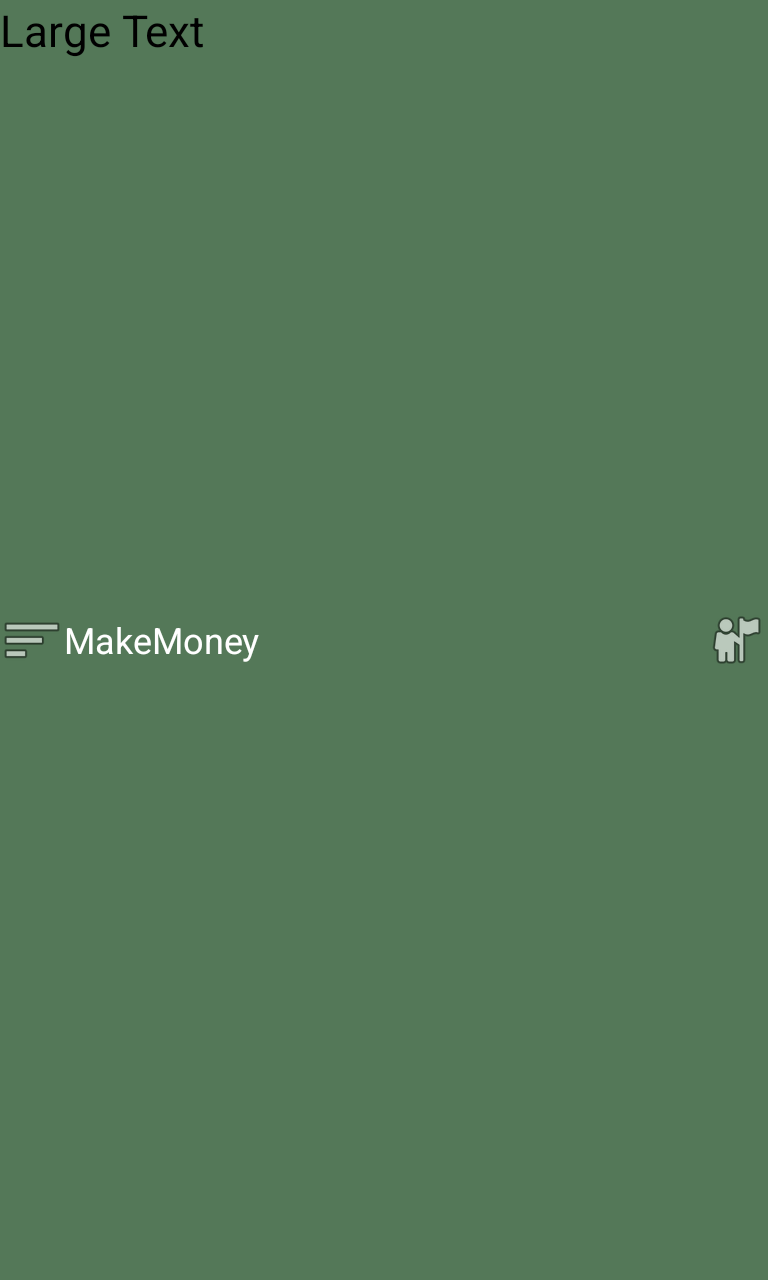
Repository: jeissie/MakeMoney
Layout: MakeMoney/res/layout/activity_main.xml
The author's editor kept a copy of each file at every save. The layout is drawn from the files as they stood at one save, then again after a run of saves.
It is drawn on a 768 x 1280 px phone screen (xhdpi) without system bars, with theme android:Theme.Light.NoTitleBar.Fullscreen; the app's code is not run.

Above is the layout before, as saved 2014-01-04 12:41:29.

### MakeMoney/res/layout/activity_main.xml
<?xml version="1.0" encoding="utf-8"?>
<RelativeLayout xmlns:android="http://schemas.android.com/apk/res/android"
    android:layout_width="match_parent"
    android:layout_height="match_parent"
    android:background="#547858" >

    <LinearLayout
        android:layout_width="match_parent"
        android:layout_height="wrap_content">

    </LinearLayout>
    <ImageButton
        android:id="@+id/frame_menu"
        android:layout_width="wrap_content"
        android:layout_height="wrap_content"
        android:layout_alignParentLeft="true"
        android:layout_centerVertical="true"
        android:background="#00000000"
        android:src="@android:drawable/ic_menu_sort_by_size" />

    <ImageButton
        android:id="@+id/user_info"
        android:layout_width="wrap_content"
        android:layout_height="wrap_content"
        android:layout_alignParentRight="true"
        android:layout_centerVertical="true"
        android:background="#00000000"
        android:src="@android:drawable/ic_menu_myplaces" />

    <TextView
        android:id="@+id/title"
        android:layout_width="wrap_content"
        android:layout_height="wrap_content"
        android:layout_centerVertical="true"
        android:layout_toRightOf="@+id/frame_menu"
        android:text="MakeMoney"
        android:textColor="#ffffff"
        android:textSize="18sp" />

    <FrameLayout
        android:id="@+id/content"
        android:layout_width="match_parent"
        android:layout_height="match_parent" >

        <TextView
            android:id="@+id/textView2"
            android:layout_width="wrap_content"
            android:layout_height="wrap_content"
            android:text="Large Text"
            android:textAppearance="?android:attr/textAppearanceLarge" />
    </FrameLayout>

</RelativeLayout>

After the next 2 saves:
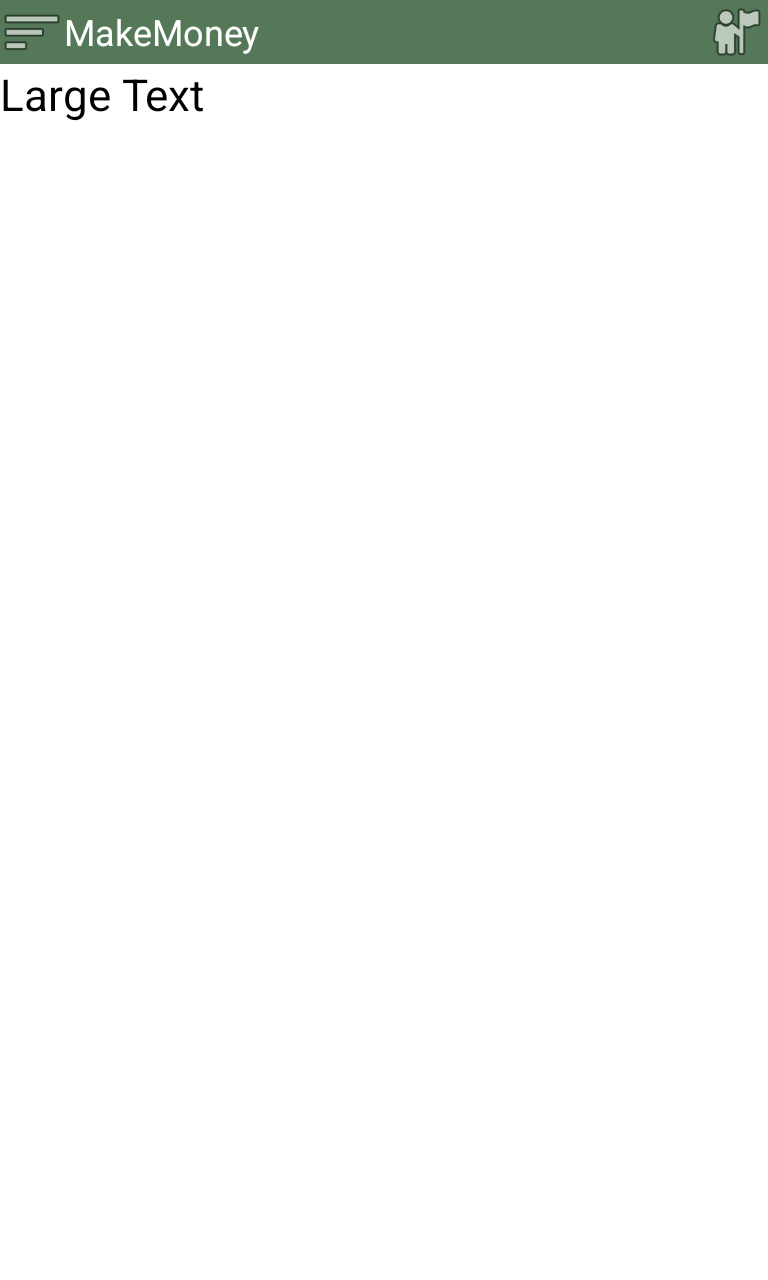
The 2 saves are shown as one change because they came seconds apart.
The last was saved 17 s later.
--- a/MakeMoney/res/layout/activity_main.xml
+++ b/MakeMoney/res/layout/activity_main.xml
@@ -1,41 +1,43 @@
 <?xml version="1.0" encoding="utf-8"?>
-<RelativeLayout xmlns:android="http://schemas.android.com/apk/res/android"
+<LinearLayout xmlns:android="http://schemas.android.com/apk/res/android"
     android:layout_width="match_parent"
     android:layout_height="match_parent"
-    android:background="#547858" >
+    android:orientation="vertical">
 
-    <LinearLayout
+    <RelativeLayout
         android:layout_width="match_parent"
-        android:layout_height="wrap_content">
+        android:layout_height="wrap_content"
+        android:background="#547858" >
 
-    </LinearLayout>
-    <ImageButton
-        android:id="@+id/frame_menu"
-        android:layout_width="wrap_content"
-        android:layout_height="wrap_content"
-        android:layout_alignParentLeft="true"
-        android:layout_centerVertical="true"
-        android:background="#00000000"
-        android:src="@android:drawable/ic_menu_sort_by_size" />
+        <ImageButton
+            android:id="@+id/frame_menu"
+            android:layout_width="wrap_content"
+            android:layout_height="wrap_content"
+            android:layout_alignParentLeft="true"
+            android:layout_centerVertical="true"
+            android:background="#00000000"
+            android:src="@android:drawable/ic_menu_sort_by_size" />
 
-    <ImageButton
-        android:id="@+id/user_info"
-        android:layout_width="wrap_content"
-        android:layout_height="wrap_content"
-        android:layout_alignParentRight="true"
-        android:layout_centerVertical="true"
-        android:background="#00000000"
-        android:src="@android:drawable/ic_menu_myplaces" />
+        <ImageButton
+            android:id="@+id/user_info"
+            android:layout_width="wrap_content"
+            android:layout_height="wrap_content"
+            android:layout_alignParentRight="true"
+            android:layout_centerVertical="true"
+            android:background="#00000000"
+            android:src="@android:drawable/ic_menu_myplaces" />
 
-    <TextView
-        android:id="@+id/title"
-        android:layout_width="wrap_content"
-        android:layout_height="wrap_content"
-        android:layout_centerVertical="true"
-        android:layout_toRightOf="@+id/frame_menu"
-        android:text="MakeMoney"
-        android:textColor="#ffffff"
-        android:textSize="18sp" />
+        <TextView
+            android:id="@+id/title"
+            android:layout_width="wrap_content"
+            android:layout_height="wrap_content"
+            android:layout_centerVertical="true"
+            android:layout_toRightOf="@+id/frame_menu"
+            android:text="MakeMoney"
+            android:textColor="#ffffff"
+            android:textSize="18sp" />
+
+    </RelativeLayout>
 
     <FrameLayout
         android:id="@+id/content"
@@ -48,6 +50,7 @@
             android:layout_height="wrap_content"
             android:text="Large Text"
             android:textAppearance="?android:attr/textAppearanceLarge" />
+
     </FrameLayout>
 
-</RelativeLayout>
+</LinearLayout>
